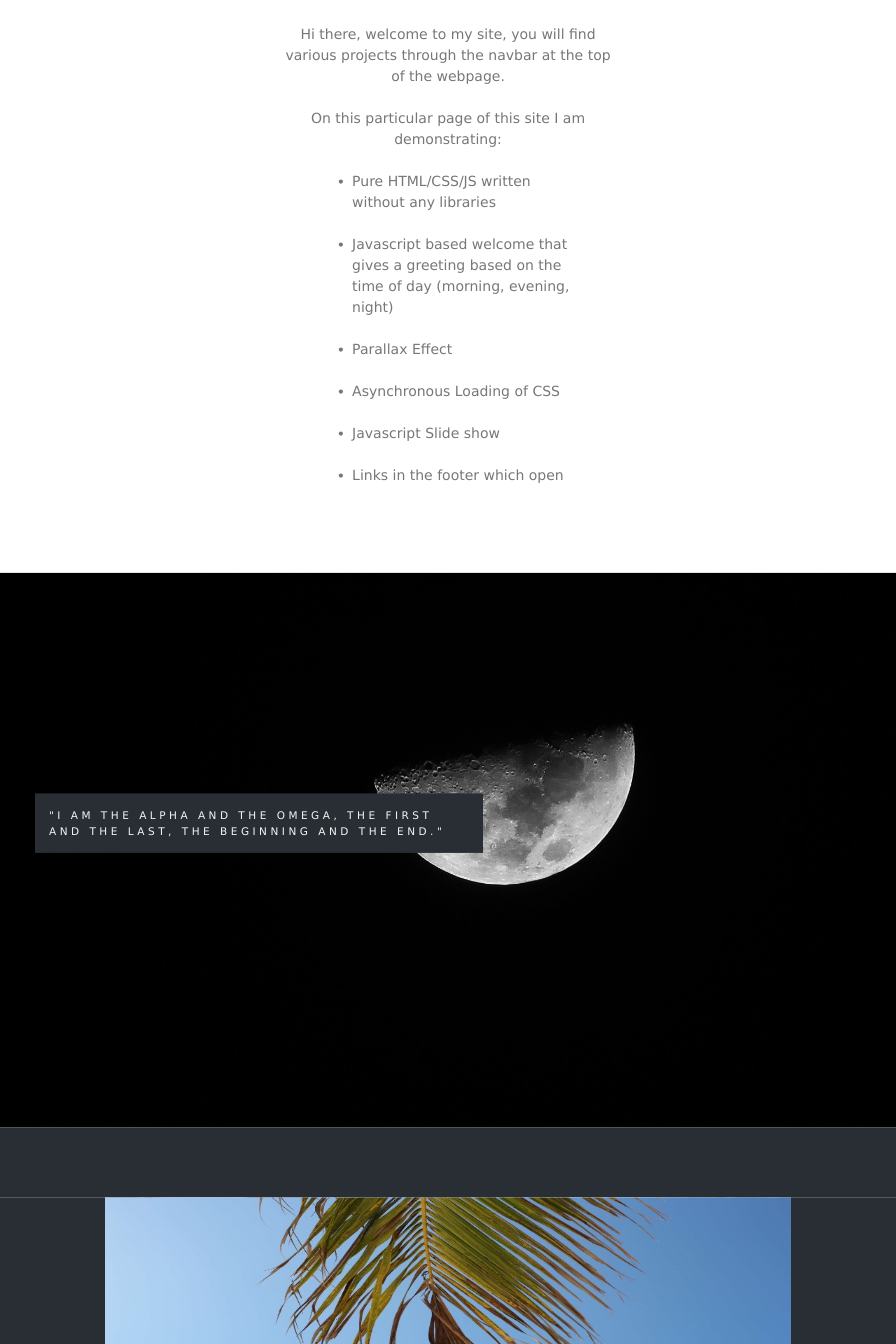
Repository: Jasondhillon/jasondhillon.github.io
Page: index.html
An editor plug-in stored every save of this project. The page is shown before and after the next save, followed by the edit.
The browser window is 1280 px wide. The pictures show the part of the page from y = 918 to 2838 px (the page is 4141 px tall before and 4111 px after), at 70% of full size.
Backgrounds fixed to the window are drawn as part of the page.

Above is the page before, as saved 2020-04-07 17:38:26.

### index.html
<!DOCTYPE html>
<html>
<head>
  <title>Welcome</title>
  <meta name="viewport" content="width=device-width, initial-scale=1">
  <meta name="robots" content="noindex, nofollow">
  <style>
    /*Above the fold*/
      html, body{width:100%; height: 100%; font-family: 'Ubuntu', sans-serif; color: whitesmoke;}

      .parallax{
      height:110%;
      background-attachment: fixed;
      background-position: center;
      background-repeat: no-repeat;
      background-size: cover;
      z-index: -5;
      }

      .topnav {
      position: absolute;
      overflow: hidden;
      }

      .topnav a {
      float: left;
      display: block;
      color: white;
      text-align: center;
      padding: 22px 21px;
      text-decoration: none;
      text-shadow: 0px 0px 10px black;
      font-size: 20px;
      }


      .topnav a:hover {
      background-color: #ddd;
      color: black;
      text-shadow: none;
      }

      .topnav .icon {
      display: none;
      color: white;
      }

      #welcome{
      text-align: center;
      position: absolute;
      left:0;
      width:100%;
      top:40%;
    }

    /*Mobile Media Query*/
      @media screen and (max-width:770px){
        html{overflow-x: hidden}
        /*Change Parallax to use smaller images*/
        .parallax{background-attachment: scroll;}
        #parallax1{background-image: url(../img/mosaic_small.jpg) !important;}
        #parallax2{background-image: url(../img/moon4_small2.jpg) !important; }
        #parallax3{background-image: url(../img/blur_small.jpg) !important;}

        /*Change Navbar to become hamburger menu*/
        .topnav a:not(:last-child) {
            display: none;
        }

        .topnav{
            min-height:100px;
            position: relative;
        }
        .topnav a.icon {
            position: absolute;
            right: 0;
            display: block;

        }
        .topnav.responsive {
            position: relative;
        }
        .topnav.responsive .icon {
            position: absolute;
            right: 0;
            top: 0;
        }
        .topnav.responsive a {
            float: none;
            display: block;
            text-align: left;
        }
      }
  </style>
  <!-- Async Script -->
    <noscript id="deferred-styles">
      <link rel="stylesheet" type="text/css" href="css/stylesheet.css"/>
      <link rel="stylesheet" href="https://www.w3schools.com/w3css/4/w3.css">
      <link rel="stylesheet" href="https://fonts.googleapis.com/css?family=Lato">
    </noscript>
    <script>
      var loadDeferredStyles = function() {
        var addStylesNode = document.getElementById("deferred-styles");
        var replacement = document.createElement("div");
        replacement.innerHTML = addStylesNode.textContent;
        document.body.appendChild(replacement)
        addStylesNode.parentElement.removeChild(addStylesNode);
      };
      var raf = requestAnimationFrame || mozRequestAnimationFrame ||
          webkitRequestAnimationFrame || msRequestAnimationFrame;
      if (raf) raf(function() { window.setTimeout(loadDeferredStyles, 0); });
      else window.addEventListener('load', loadDeferredStyles);
    </script>

</head>

<body>
<!-- Parallax/Navbar -->
  <div id="parallax1" class="parallax" style=" z-index: 1; height:110%; background-image: url(img/mosaic.JPG);" >
    <!--p style="color:white; height:110%; z-index: -599; position: absolute;"> loading </p-->

    <nav class="topnav" id="myTopnav">
      <a href="">Home</a>
      <a href="photos/index.html">Photos</a>
      <a href="about/index.html">About</a>
      <a href="contact/index.html">Contact</a>
      <a href="alt/index.html">Alt Site</a>
      <a href="javascript:void(0);" style="font-size:25px;" class="icon" onclick="myFunction();">&#9776;</a>
  </nav>

      <script>
          function myFunction()
          {
            var temp;
            var temp2;
            clearInterval(temp);
            clearInterval(temp2);

            var x = document.getElementById("myTopnav");
            var y = document.getElementById("welcometext");

            if (x.className === "topnav")
            {
              x.className += " responsive";

              y.style.opacity = 1;
              var temp = setInterval(function()
              {
                if(y.style.opacity<= 0)
                {
                  y.style.opacity = 0;
                  clearInterval(temp);

                }
                else
                {
                  y.style.opacity-=.1;
                  console.log("subtracting");
                }
              }, 10);

            }
            else
            {
              x.className = "topnav";
              y.style.opacity = 0;
                var temp2 = setInterval(function()
                {
                  if(y.style.opacity>= 1)
                  {
                    y.style.opacity = 1;
                    clearInterval(temp2);

                  }
                  else
                  {
                    y.style.opacity = parseFloat(y.style.opacity) + .05;
                    console.log("adding");
                  }
                }, 10);

            }
          }
      </script>

    <div id="welcome">
      <p id="welcometext">welcome</p>

      <script>
      var x = document.getElementById("welcometext");
      var y = new Date().getHours();
       if(y<12) x.innerHTML = "Good Morning";
       else if(y==12) x.innerHTML = "Welcome";
       else x.innerHTML = "Good Afternoon";
      </script>
    </div>

  </div>

<!-- Quote  -->
  <div style="background-color: white; padding: 80px 50px; line-height: 30px;">
    <h1 style="text-align: center; color: #444; text-transform: uppercase;">Jason Dhillon's Portfolio </h1>
    <p id="quote" >
      Hi there, welcome to my site, you will find various projects through the navbar at the top of the webpage.</p>
      <p id="quote">
        On this particular page of this site I am demonstrating:
      <ul id="quote" style="width: 30%; text-align: left;">
        <li>Pure HTML/CSS/JS written without any libraries</li>
        <li> Javascript based welcome that gives a greeting based on the time of day (morning, evening, night)</li>
        <li>Parallax Effect</li>
        <li>Asynchronous Loading of CSS</li>
        <li>Javascript Slide show</li>
        <li>Links in the footer which open </li>
      </ul></p>
  </div>

<!-- Parallax/Moon -->
  <div id="parallax2" class="parallax" style="background-image: url(img/moon4.JPG);">
    <div style="position: relative; left:50px; top:100px; width:50%;">
      <p id="moontext">
        "I am the Alpha and the Omega,
          the First and the Last,
            the Beginning and the End."</p>
      </div>
  </div>

<!-- Slide Show -->
  <div style="background-color: #282E34; height: 100px;"></div>
  <div style="background-color: #282E34;">
    <div class="w3-content w3-display-container" style="height:350px; overflow:hidden">
      <img class="mySlides" src="img/IMG_0911.JPG" style="z-Index:3">
      <img class="mySlides" src="img/IMG_0810.JPG" style="z-Index:2">
      <img class="mySlides" src="img/IMG_1858.JPG" style="z-Index:1">

    <!-- Slide Show Buttons -->
      <div class="w3-center w3-container w3-section w3-large w3-text-white w3-display-bottommiddle" style="width:100%; z-index:4;">
        <div class="w3-left w3-hover-text-khaki" onclick="plusDivs(-1)">&#10094;</div>
        <div class="w3-right w3-hover-text-khaki" onclick="plusDivs(1)">&#10095;</div>
        <span class="w3-badge demo w3-border w3-transparent w3-hover-white" onclick="currentDiv(1)"></span>
        <span class="w3-badge demo w3-border w3-transparent w3-hover-white" onclick="currentDiv(2)"></span>
        <span class="w3-badge demo w3-border w3-transparent w3-hover-white" onclick="currentDiv(3)"></span>
      </div>

      <!--Slide Show Script -->
        <script>
          var slideIndex = 0;
          var j = null;
          document.getElementsByClassName("demo")[slideIndex].className += " w3-white";
          var looper = setInterval(function(){if(j==null){showNextDivs(1+slideIndex);}}, 5000);

          function plusDivs(n) {
            if(looper!== null){
              clearInterval(looper);
              looper = null;
            }

            if(j==null){
            showNextDivs(n+slideIndex);
            }
          }
          function currentDiv(n) {
            if(looper!== null){
              clearInterval(looper);
              looper = null;
            }

            if(j==null){
              showDivs(n);
            }
          }
          //////////////////////////////////////////////////////
          function showDivs(n) {
            var prev = slideIndex;
            var next = n-1;
            var x = document.getElementsByClassName("mySlides");
            var dots = document.getElementsByClassName("demo");

            x[prev].style.zIndex = 3;

            x[next].style.zIndex = 2;

            for(var i = 0; i<x.length; i++){
              if((i!== prev) && (i!==next)){
                x[i].style.zIndex = 1;
              }

            }
              var opc = 1;
              j = setInterval(function(){
                  if (opc <= 0) {
                    x[next].style.zIndex = 3;
                    x[prev].style.zIndex = 2;
                    x[prev].style.opacity = 1;
                      clearInterval(j);
                      j=null;
                  } else {
                      opc-=.01;

                      x[prev].style.opacity = opc;
                  }
              }, 10);

              slideIndex = next;

            for (i = 0; i < dots.length; i++) {
              dots[i].className = dots[i].className.replace(" w3-white", "");
            }

            dots[next].className += " w3-white";
            x[prev].style.opacity = 1;
          }
          ////////////////////////////////////////////////////
          function showNextDivs(n) {
            var x = document.getElementsByClassName("mySlides");
            var dots = document.getElementsByClassName("demo");

            var prev = slideIndex;
            var next = n;
            if (n == -1) {next = 2}
            if (n == 3) {next = 0}
            var x = document.getElementsByClassName("mySlides");
            var dots = document.getElementsByClassName("demo");

            x[prev].style.zIndex = 3;

            x[next].style.zIndex = 2;

            for(var i = 0; i<x.length; i++){
              if((i!== prev) && (i!==next)){
                x[i].style.zIndex = 1;
              }

            }
              var opc = 1;
              j = setInterval(function(){
                  if (opc <= 0) {
                    x[next].style.zIndex = 3;
                    x[prev].style.zIndex = 2;
                    x[prev].style.opacity = 1;
                      clearInterval(j);
                      j=null;
                  } else {
                      opc-=.01;

                      x[prev].style.opacity = opc;
                  }
              }, 10);

              slideIndex = next;

            for (i = 0; i < dots.length; i++) {
              dots[i].className = dots[i].className.replace(" w3-white", "");
            }

            dots[next].className += " w3-white";
            x[prev].style.opacity = 1;

            console.log("Previous: " + prev + "\nslideIndex: " + slideIndex)
          }
        </script>

      </div>
    </div>
  </div>
  <div style="background-color: #282E34; height: 100px;"></div>


<!-- Skype Bot -->
  <span class="skype-button bubble " data-bot-id="2c2a7e41-040a-4fcd-b10a-2480ac3c488e"></span>
  <script src="https://swc.cdn.skype.com/sdk/v1/sdk.min.js"></script>

  <!-- Parallax -->
  <div id="parallax3" class="parallax" style="background-image: url(img/blur.JPG);">
  </div>

  <!-- Footer -->
  <footer class="footer">
    <table class="footer" cellspacing="0" cellpadding="0">

      <tr>
        <td>
          <p class="footer">SOCIAL</p>
          <ul class="footer">
            <li class="footer"><a  class="footer" href="https://www.facebook.com/"> <img src="img/facebook.svg" alt="" width="50px" height="50px"></li>
            <li class="footer"><a  class="footer" href="https://twitter.com/"> <img src="img/twitter.svg" alt="" width="50px" height="50px"></li>
            <li class="footer"><a class="footer" href="https://plus.google.com/+"> <img src="img/googleplus.svg" alt="" width="50px" height="50px"></li>
            <li class="footer"><a class="footer" href="https://www.instagram.com//"> <img src="img/instagram.svg" alt="" width="50px" height="50px"></li>
            <li class="footer"><a class="footer" href="https://www.youtube.com/"> <img src="img/youtube.svg" alt="" width="50px" height="50px"></li>
          </ul>
        </td>

        <!--Desktop-->
        <td id="desktop">
            <h4>You can contact me here</h4>
            <h4><img id="icon" src="img/location2.png">Orlando, FL</h4>
            <h4><img id="icon" src="img/phone2.png"><a style="color:dodgerblue" href="tel:">1-407-407-0000</h4></a></li>
            <h4><img id="icon" src="img/mail2.png"><a style="color:dodgerblue" href="mailto:">email@gmail.com</a></h4>
        </td>
      </tr>

      <!--Mobile-->
      <tr>
        <td id="mobile">
          <ul style="margin: 0 auto; width: 100%; padding: 20px;">
            <li class="footer" style="width:100%"><h4>You can contact me here</h4></li>
            <li class="footer" style="width:100%"><h4><img id="icon" src="img/location2.png">Orlando, FL</h4></li>
            <li class="footer" style="width:100%"><h4><img id="icon" src="img/phone2.png"><a style="color:dodgerblue" href="tel:">1-407-407-0000</h4></a></li>
            <li class="footer" style="width:100%"><h4><img id="icon" src="img/mail2.png"><a style="color:dodgerblue" href="mailto:">email@gmail.com</a></h4></li>
          </ul>
        </td>
      </tr>
    </table>

  </footer>

</body>
</html>

### css/stylesheet.css
html, body{width:100%; height: 100%; font-family: 'Ubuntu', sans-serif; color: whitesmoke;}
a{text-decoration: underline;}
.mySlides {display:block; position: absolute;}
.w3-left, .w3-right, .w3-badge {cursor:pointer}
.w3-badge {height:13px; width:13px; padding:0}

/*Parallax*/
    .parallax{
        height:110%;
        background-attachment: fixed;
        background-position: center;
        background-repeat: no-repeat;
        background-size: cover;
        z-index: -5;
    }

 /*Moon Text*/
    #moontext {
        position: absolute;
        top:200px;
        text-transform:uppercase;
        background-color:#282E34;
        width:100%;
        letter-spacing: 5px;
        padding: 20px;
    }

    #quote{
        text-align: center;
        width:40%; white-space:pre-line;
        margin: 0 auto;
        font-size: 20px;
        color: #777
    }

/*Navbar*/
    .topnav {
        position: absolute;
        overflow: hidden;
        }

        .topnav a {
        float: left;
        display: block;
        color: white;
        text-align: center;
        padding: 22px 21px;
        text-decoration: none;
        text-shadow: 0px 0px 10px black;
        font-size: 20px;
        }


        .topnav a:hover {
        background-color: #ddd;
        color: black;
        text-shadow: none;
        }

        .topnav .icon {
        display: none;
        color: white;
        }

        #welcome{
            text-align: center;
            position: absolute;
            left:0;
            width:100%;
            top:40%;
        }

	#welcometext{
	    opacity: 1;
	    position: absolute;
	    left: 0;
	    right: 0;
	    text-transform: uppercase;
	    background-color: #282E34;
	    width: 250px;
	    text-align: center;
	    font-size: 20px;
	    letter-spacing: 10px;
	    padding: 20px;
	    margin: 0 auto;
	}

/*Footer*/
    footer{
        width:100%;
        background-color: #111;
        text-align: center;
        padding-bottom: 50px;
    }

    p.footer{
        padding-top: 50px;
        color: white;
        font-weight: bold;
    }

    ul.footer{
        display: inline;
        list-style: none;
        padding-right: 50px;
    }
    a.footer{
        text-decoration: none;
    }
    #mobile{
        display: none;
    }
    li.footer{
	    display: inline-block;
    }
    #desktop{
        padding-right: 100px;
        padding-top:50px;
        float: right;
    }
    table.footer{
        width: 100%; table-layout: fixed
    }

/*SkypeBot iframe*/
iframe{
    background-color: #111 !important;
    width: inherit !important;
    height: 2em;
    margin: 0 !important;
}

/*Mobile Media Query*/
    @media screen and (max-width:770px){
    html{overflow-x: hidden}
    /*Change Parallax to use smaller images*/
    .parallax{background-attachment: scroll;}
    #parallax1{background-image: url(../img/mosaic_small.jpg) !important;}
    #parallax2{background-image: url(../img/moon4_small2.jpg) !important; }
    #parallax3{background-image: url(../img/blur_small.jpg) !important;}

    /*Change Navbar to become hamburger menu*/
    .topnav a:not(:last-child) {
        display: none;
    }

    .topnav{
        min-height:100px;
        position: relative;
    }
    .topnav a.icon {
        position: absolute;
        right: 0;
        display: block;

    }
    .topnav.responsive {
        position: relative;
    }
    .topnav.responsive .icon {
        position: absolute;
        right: 0;
        top: 0;
    }
    .topnav.responsive a {
        float: none;
        display: block;
        text-align: left;
    }

    /*Change the slide show to fit the screen*/
    .mySlides{
        margin-left:-150px;
    }

    /*Change footer to mobile friendly variant*/
    .footer{
        padding: 0;
    }
    ul.footer{
        padding-right:0px;
    }

    td.footer{
        padding-right:0;
    }

    #desktop{
        display:none;
    }
    #mobile{
        display:block;
    }

    table{
        width:100%;
    }

    /*Positioning fixes for mobile*/
    #moontext{
        font-size: 12px;
        top:30px;
    }

    #quote{
        width:100% !important;
    }
}
@media screen and(max-width: 1090px){
    #quote{
        width:100% !important;
    }
}

After the next save:
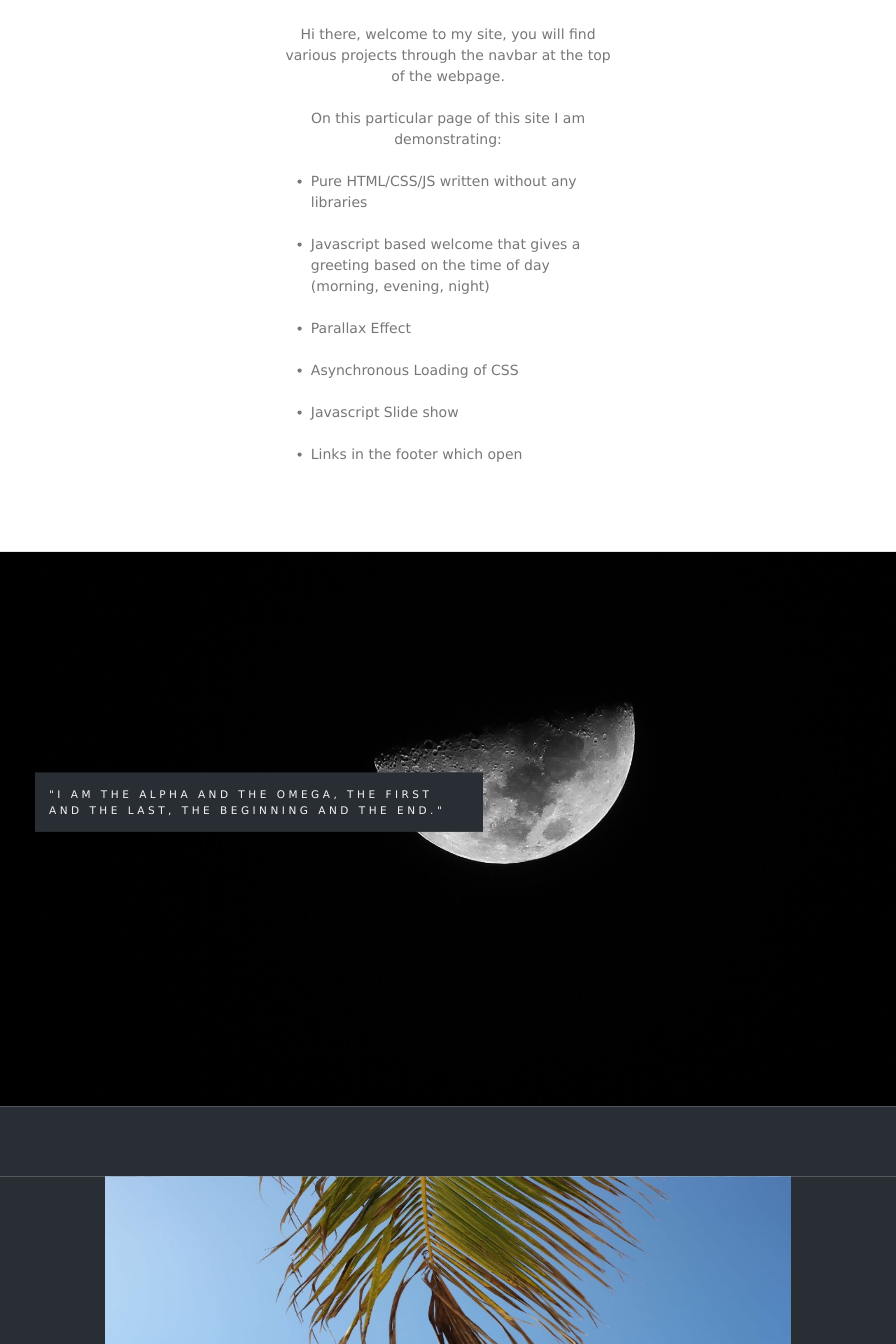
Saved 12 s later.
--- a/index.html
+++ b/index.html
@@ -204,7 +204,7 @@
       Hi there, welcome to my site, you will find various projects through the navbar at the top of the webpage.</p>
       <p id="quote">
         On this particular page of this site I am demonstrating:
-      <ul id="quote" style="width: 30%; text-align: left;">
+      <ul id="quote" style="text-align: left;">
         <li>Pure HTML/CSS/JS written without any libraries</li>
         <li> Javascript based welcome that gives a greeting based on the time of day (morning, evening, night)</li>
         <li>Parallax Effect</li>

After the save that followed:
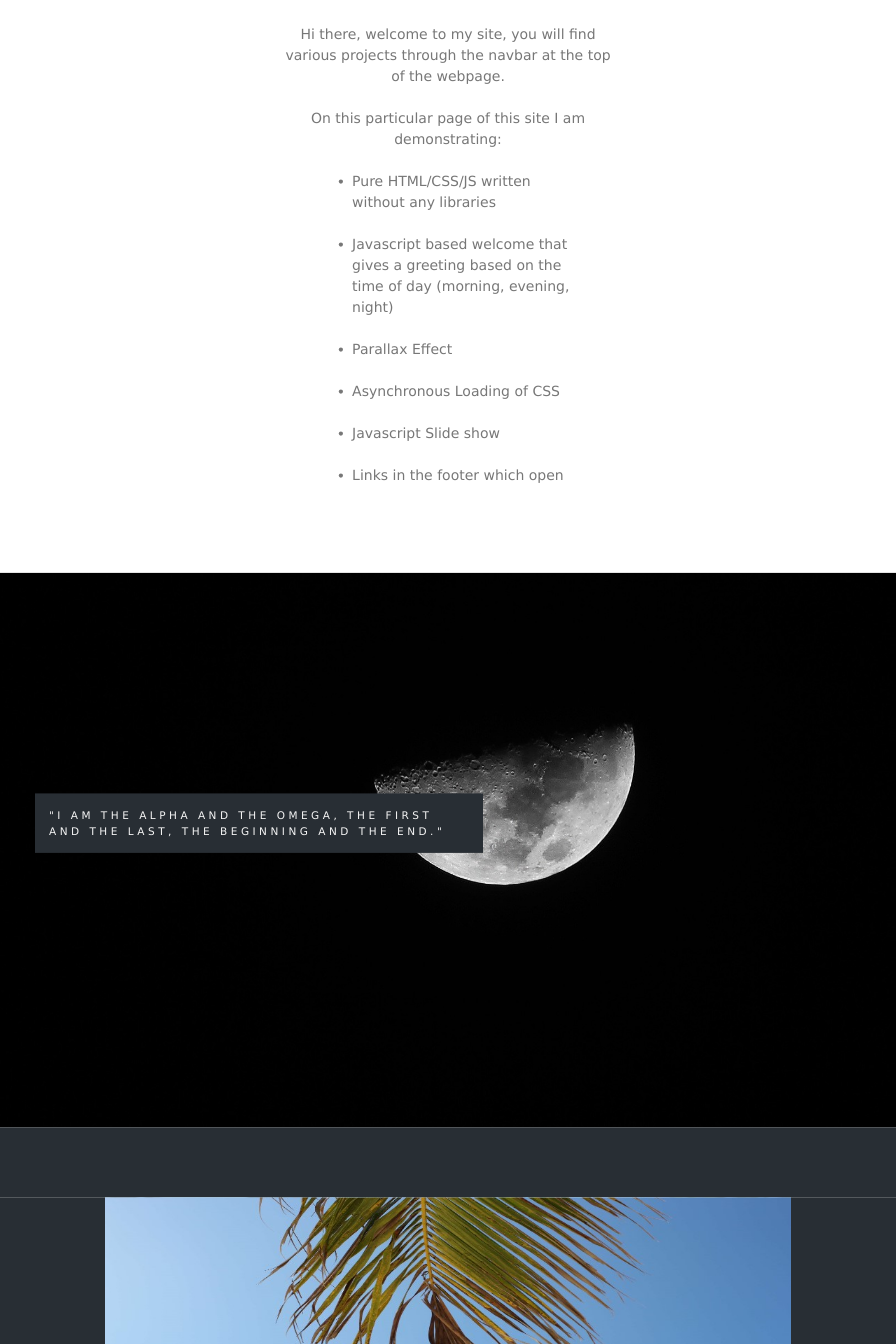
Saved 71 s later.
--- a/index.html
+++ b/index.html
@@ -204,7 +204,7 @@
       Hi there, welcome to my site, you will find various projects through the navbar at the top of the webpage.</p>
       <p id="quote">
         On this particular page of this site I am demonstrating:
-      <ul id="quote" style="text-align: left;">
+      <ul id="quote" style="text-align: left; width: 30%;">
         <li>Pure HTML/CSS/JS written without any libraries</li>
         <li> Javascript based welcome that gives a greeting based on the time of day (morning, evening, night)</li>
         <li>Parallax Effect</li>
